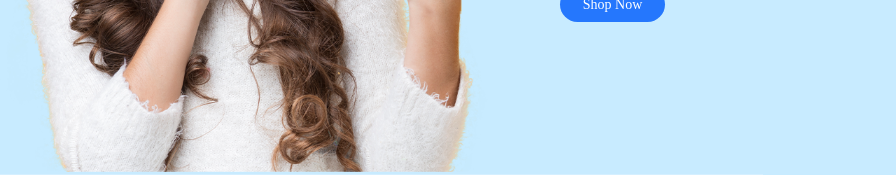
Repository: nhutduy0803/template1
Page: index.html
These files come from the project's save history. The page is drawn as it stood at one moment and after the next save; the edit follows.
The browser window is 1280 px wide. The pictures show the part of the page from y = 618 to 2538 px (the page is 868 px tall before and 3868 px after), at 70% of full size.

Above is the page before, as saved 2021-12-03 20:04:27.

### index.html
<!DOCTYPE html>
<html lang="en">
  <head>
    <meta charset="UTF-8" />
    <meta http-equiv="X-UA-Compatible" content="IE=edge" />
    <meta name="viewport" content="width=device-width, initial-scale=1.0" />
    <title>TEMPLATE</title>
    <link rel="stylesheet" href="./assets/css/style.css" />
    <link
      rel="stylesheet"
      href="./assets/css/font/fontawesome-free-5.15.4-web/css/all.min.css"
    />
  </head>
  <body>
    <script src="./index.js"></script>
    <div class="header">
      <img class="logo" src="./assets/css/img/logo.webp" alt="" />
      <ul>
        <li>Home</li>
        <li>Catagori</li>
        <li>
          <p>Hot</p>
          Latest
          <ul class="sub-nav">
            <span>Produce list</span>
            <span>Produce Detail</span>
          </ul>
        </li>
        <li>
          Blog
          <ul class="sub-nav2">
            <span>Blog</span>
            <span>Blog Details</span>
          </ul>
        </li>
        <li>
          Pages
          <ul class="sub-nav3">
            <span>Login</span>
            <span>Card</span>
            <span>Element</span>
            <span>About</span>
            <span>Confirtmation</span>
            <span>Shopping Card</span>
            <span>Produce checkout</span>
          </ul>
        </li>
        <li>Contact</li>
      </ul>
      <div class="search">
        <input type="text" placeholder="search product" />
        <i class="fas fa-search"></i>
      </div>
      <div class="icon-header">
        <i class="far fa-heart"></i>
        <i class="fas fa-shopping-cart"></i>
      </div>
      <div class="sign">Sign In</div>
    </div>
    <div class="slide">
      <h3>60% Discount</h3>
      <h2>
        Winter<br />
        collection
      </h2>
      <p>Best cloth collection by 2020</p>
      <div class="shop-now">Shop Now</div>
      <img src="./assets/css/img/slider.webp" alt="" />
    </div>
    <div class="content"></div>
  </body>
</html>

### assets/css/style.css
* {
  margin: 0;
  padding: 0;
  box-sizing: border-box;
}

html {
  scroll-behavior: smooth;
}

.header {
  width: 100%;
  height: 100px;
  background-color: #fff;
}

.slide {
  width: 100%;
  height: 100%;
  background: #c8ebff;
}

.slide h3 {
  position: absolute;
  right: 250px;
  top: 250px;
  font-family: "Yellowtail", "cursive";
  color: #2577fd;
  font-size: 40px;
}

.slide h2 {
  position: absolute;
  right: 85px;
  top: 300px;
  font-size: 100px;
}

.slide p {
  font-family: "Playfair Display", serif;
  font-style: italic;
  font-size: 20px;
  position: absolute;
  right: 250px;
  top: 530px;
}

.shop-now {
  border-radius: 30px;
  display: flex;
  justify-content: center;
  align-items: center;
  position: absolute;
  right: 330px;
  top: 600px;
  color: #fff;
  font-size: 20px;
  width: 150px;
  height: 50px;
  background: #2577fd;
}

.shop-now::before {
  position: absolute;
  left: 0px;
  top: 0px;
  border-radius: 20px;
  opacity: 0.4;
  content: " ";
  width: 0px;
  height: 50px;
  background: #00b1ff;
  transition: 0.5s;
}

.shop-now:hover::before {
  width: 150px;
  transition: 0.5s;
  border-radius: 20px;
}

.logo {
  margin-left: 20px;
  margin-top: 40px;
  display: inline-block;
}

.header ul {
  margin-top: -45px;
  margin-left: 280px;
}

.header li:nth-child(3) {
  position: relative;
}

.header li:nth-child(4) {
  position: relative;
  margin-left: 0px;
}

.header li:nth-child(5) {
  position: relative;
}

.header li:nth-child(3) p {
  width: 40px;
  background: #dc3545;
  display: flex;
  justify-content: center;
  align-items: center;
  color: #fff;
  padding: 0 7px;
  margin-left: 30px;
  border-radius: 10px;
  height: auto;
}

.header ul li {
  font-size: 18px;
  margin-left: 30px;
  display: inline-block;
  font-weight: 500;
}
.header ul li:hover {
  transition: 0.3s;
  color: #dc3545;
}

.header {
  z-index: 10;
}

.sub-nav span {
  margin-left: 15px;
  margin-top: 15px;
  display: block;
  color: #000;
}

.sub-nav2 span {
  margin-left: 15px;
  margin-top: 15px;
  display: block;
  color: #000;
}
.sub-nav3 span {
  margin-left: 15px;
  margin-top: 15px;
  display: block;
  color: #000;
}

.sub-nav span:hover {
  color: #dc3545;
}

.sub-nav2 span:hover {
  color: #dc3545;
}

.sub-nav3 span:hover {
  color: #dc3545;
}

.sub-nav {
  border-top: 5px solid #dc3545;
  position: absolute;
  top: 70px;
  left: -300px;
  background: #fff;
  width: 150px;
  height: 100px;
  opacity: 0;
  transition: 0.3s;
}

.sub-nav2 {
  border-top: 5px solid #dc3545;
  position: absolute;
  top: 70px;
  left: -300px;
  background: #fff;
  width: 150px;
  height: 100px;
  opacity: 0;
  transition: 0.3s;
}

.sub-nav3 {
  border-top: 5px solid #dc3545;
  position: absolute;
  top: 70px;
  left: -300px;
  background: #fff;
  width: 180px;
  height: 280px;
  opacity: 0;
  transition: 0.3s;
  z-index: 10;
}

.header li:nth-child(3):hover .sub-nav {
  position: absolute;
  top: 130px;
  transition: 0.3s;
  opacity: 1;
}

.header li:nth-child(4):hover .sub-nav2 {
  position: absolute;
  top: 110px;

  transition: 0.3s;
  opacity: 1;
}

.header li:nth-child(5):hover .sub-nav3 {
  position: absolute;
  top: 110px;

  transition: 0.3s;
  opacity: 1;
}

.search input {
  width: 150px;
  margin-left: 850px;
  position: absolute;
  top: 30px;
  border-radius: 20px;
  border: 1px solid #000;
  height: 45px;
  padding-left: 20px;
}

.search .fa-search {
  position: absolute;
  margin-left: 970px;
  top: 45px;
}

.icon-header {
  /* position: absolute;
  right: 150px;
} */
}
.icon-header .fa-heart {
  position: absolute;
  top: 27.5px;
  right: 200px;
  width: 50px;
  display: flex;
  justify-content: center;
  align-items: center;
  border: 1px solid #ccc;
  height: 50px;
  border-radius: 50%;
  font-size: 17px;
}

.icon-header .fa-shopping-cart {
  position: absolute;
  top: 27.5px;
  right: 130px;
  width: 50px;
  display: flex;
  justify-content: center;
  align-items: center;
  border: 1px solid #ccc;
  height: 50px;
  border-radius: 50%;
  font-size: 17px;
}

.sign {
  position: absolute;
  right: 10px;
  top: 27.5px;
  width: 110px;
  height: 45px;
  background: #2577fd;
  border-radius: 20px;
  display: flex;
  justify-content: center;
  align-items: center;
  color: #fff;
  font-size: 18px;
}

### index.js
function openheader() {
  var openheader = document.querySelector(".sub-nav");
  openheader.classList.toggle("opensubnav");
}

Loaded but not shown: assets/css/font/fontawesome-free-5.15.4-web/css/all.min.css (library)

After the next save:
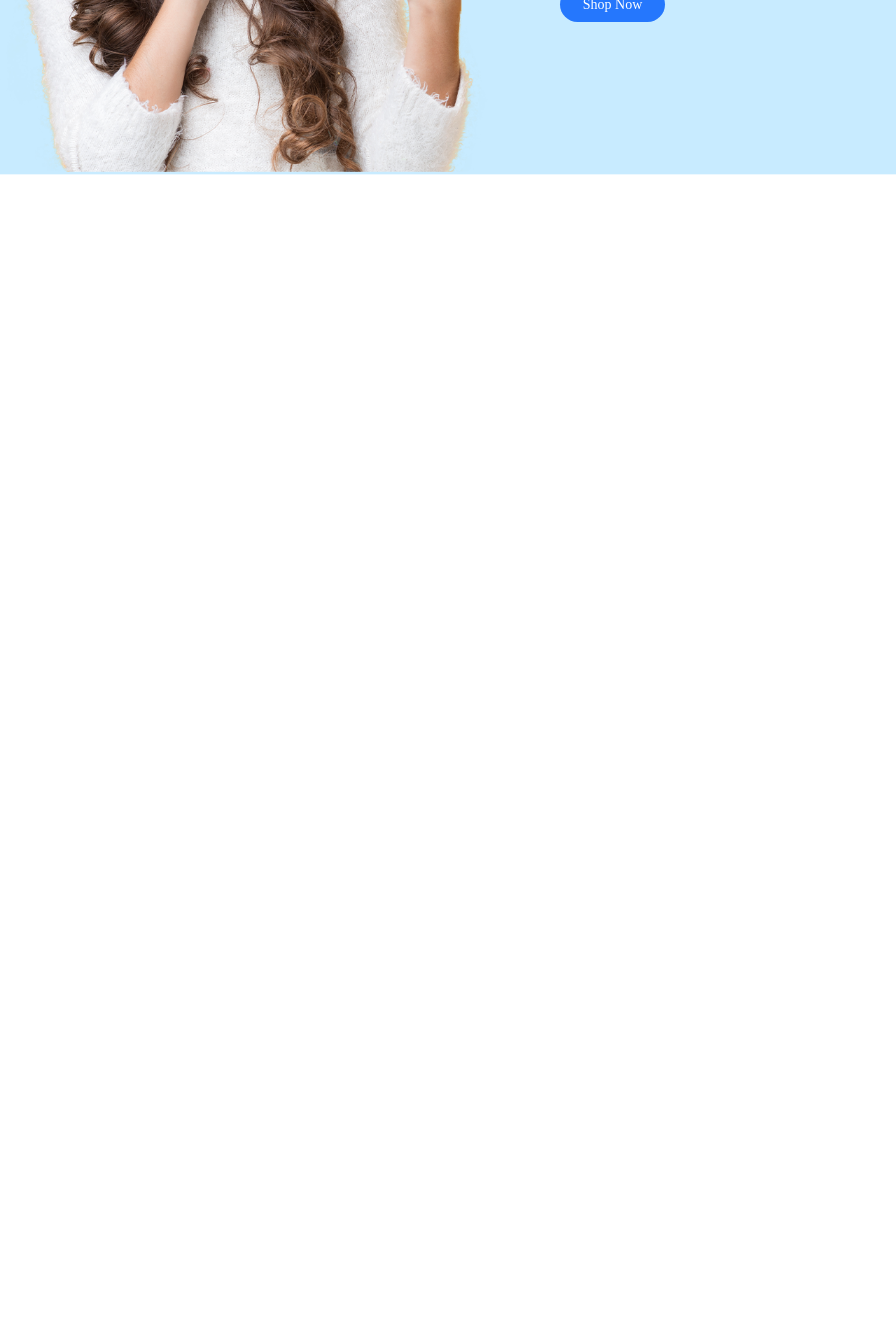
Saved 23 s later.
--- a/assets/css/style.css
+++ b/assets/css/style.css
@@ -287,3 +287,9 @@ html {
   color: #fff;
   font-size: 18px;
 }
+
+.content {
+  width: 100%;
+  height: 3000px;
+  background-color: #fff;
+}
